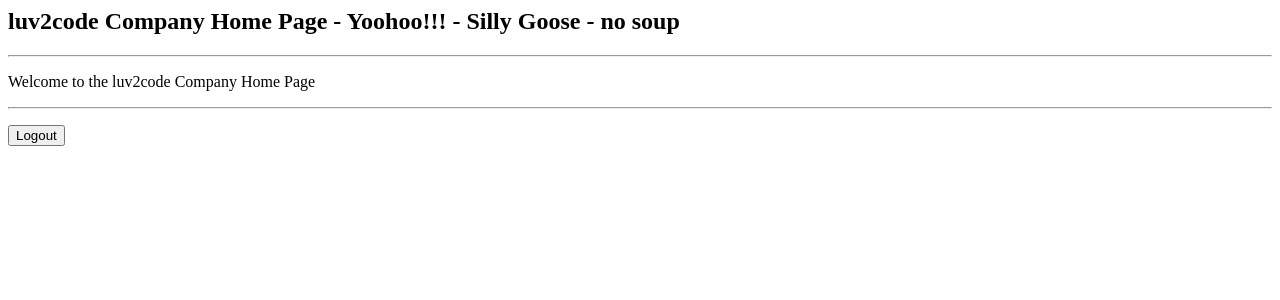
Repository: dchan98/spring-security-demo
Page: http://localhost/spring-security-demo-07-user-roles/WEB-INF/view/home.jsp
These files come from the project's save history. The page is drawn as it stood at one moment and after the next save; the edit follows.
The browser window is 1280 px wide. The pictures show the whole page.
The page is served by Tomcat 9. Nobody is signed in. Other server files are loaded and not shown. The template is opened directly, without the code that normally fills it, so the values that code supplies are empty.

Above is the page before, as saved 2019-02-07 01:14:10.

### spring-security-demo-starter/spring-security-demo-07-user-roles/src/main/webapp/WEB-INF/view/home.jsp
<%@ taglib prefix="form" uri="http://www.springframework.org/tags/form" %>
<%@ taglib prefix="security" uri="http://www.springframework.org/security/tags" %>

<html>
<head>
	<title>luv2code Company Home Page</title>
</head>

<body>
	<h2>luv2code Company Home Page - Yoohoo!!! - Silly Goose - no soup</h2>
	<hr>

	<p>
	Welcome to the luv2code Company Home Page
	</p>

	<hr>
	<!-- display user name and role -->
	<p>

	</p>
	</hr>

	<!-- Add a logout button -->
	<form:form action="${pageContext.request.contextPath}/logout"
				method="POST">
		<input type="submit" value="Logout" />
	</form:form>
</body>
</html>

After the next save:
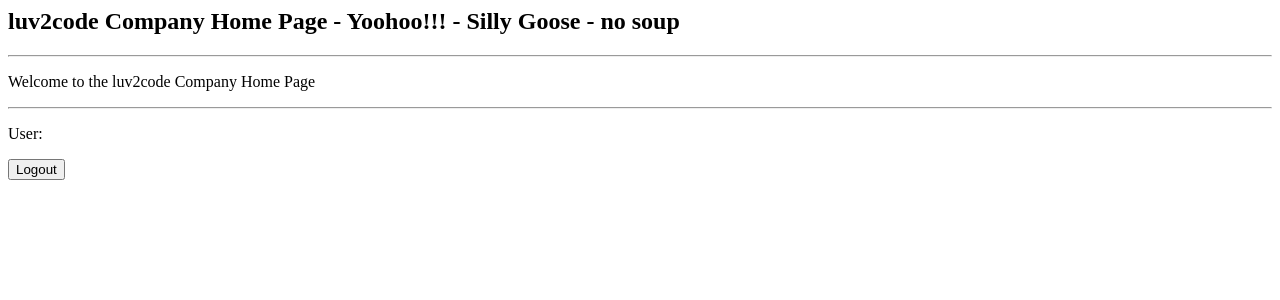
Saved 21 s later.
--- a/spring-security-demo-starter/spring-security-demo-07-user-roles/src/main/webapp/WEB-INF/view/home.jsp
+++ b/spring-security-demo-starter/spring-security-demo-07-user-roles/src/main/webapp/WEB-INF/view/home.jsp
@@ -17,7 +17,7 @@
 	<hr>
 	<!-- display user name and role -->
 	<p>
-
+		User: <security:authentication property="principal.username" />
 	</p>
 	</hr>
 
